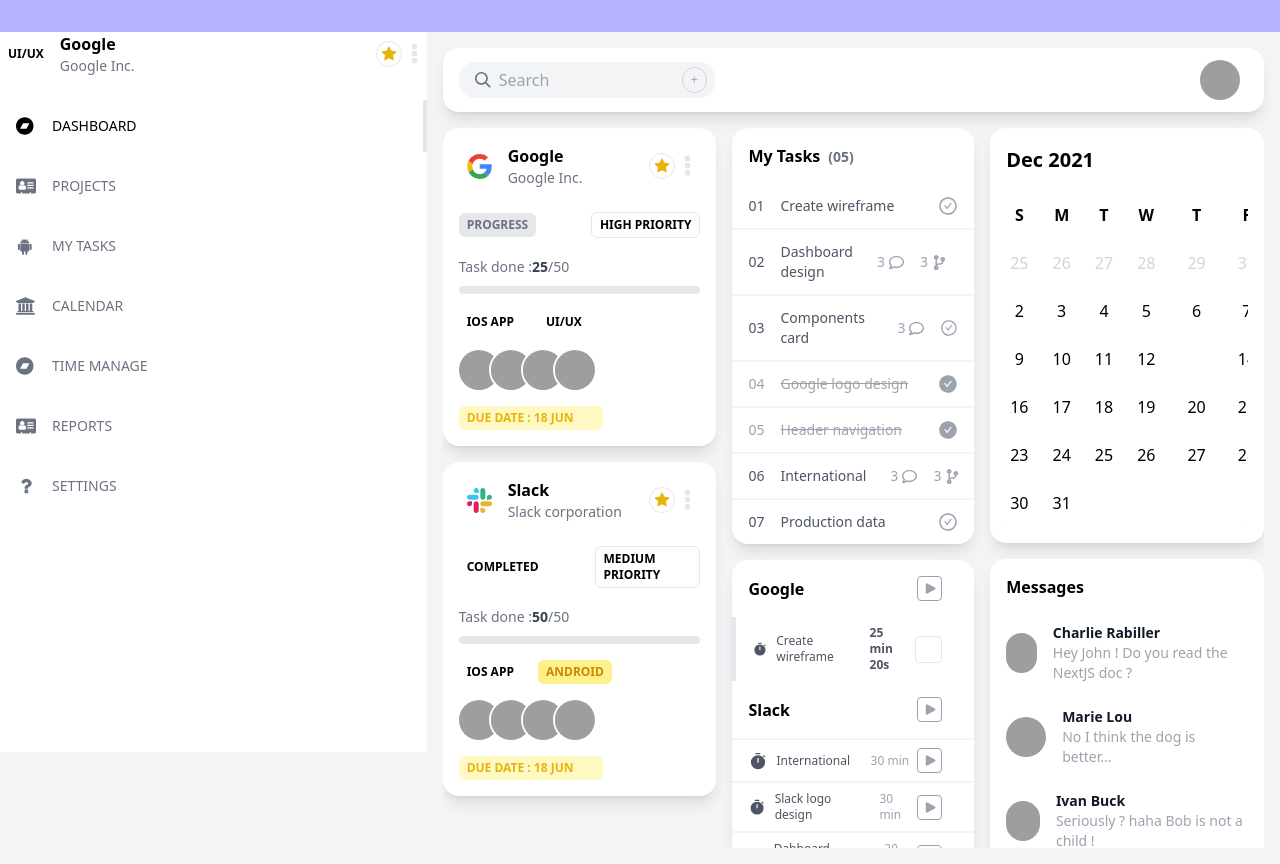
Repository: DragonKnight0522/text-rev
Page: /dashboard
These files come from the project's save history. The page is drawn as it stood at one moment and after the next save; the edit follows.
The browser window is 1280 px wide. The pictures show the whole page.
Pictures or frames that could not be fetched are drawn as grey boxes. An inner scrolling area shows only its first screen. The project was rebuilt for these pictures with package versions that can differ from the ones it lists, and the page was loaded fresh each time. The framework's server and built-in components were replaced by stand-ins that run in the browser. Also part of the build but not shown: next.config.js.

Above is the page before, as saved 2023-08-28 16:14:13.

### app/layout.js
import "./globals.css";
import { Inter } from "next/font/google";

const inter = Inter({ subsets: ["latin"] });

export const metadata = {
    title: "Create Next App",
    description: "Generated by create next app",
};

export default function RootLayout({ children }) {
    return (
        <html lang="en">
            <body className={inter.className}>{children}</body>
        </html>
    );
}

### app/dashboard/layout.js
export const metadata = {
    title: "Dashboard",
    description: "Olivia Evans",
};

export default function RootLayout({ children }) {
    return (
        <html lang="en">
            <body className="bg-purple">{children}</body>
        </html>
    );
}

### app/globals.css
@tailwind base;
@tailwind components;
@tailwind utilities;

:root {
    --foreground-rgb: 0, 0, 0;
    --background-start-rgb: 214, 219, 220;
    --background-end-rgb: 255, 255, 255;
}

@media (prefers-color-scheme: dark) {
    :root {
        --foreground-rgb: 255, 255, 255;
        --background-start-rgb: 0, 0, 0;
        --background-end-rgb: 0, 0, 0;
    }
}

### tailwind.config.js
/** @type {import('tailwindcss').Config} */
const colors = require("tailwindcss/colors");
module.exports = {
    content: [
        "./pages/**/*.{js,ts,jsx,tsx,mdx}",
        "./components/**/*.{js,ts,jsx,tsx,mdx}",
        "./app/**/*.{js,ts,jsx,tsx,mdx}",
    ],
    theme: {
        colors: {
            transparent: "transparent",
            current: "currentColor",
            gray: colors.gray,
            black: colors.black,
            white: colors.white,
            gray: colors.gray,
            emerald: colors.emerald,
            indigo: colors.indigo,
            yellow: colors.yellow,
            purple: "#b6b3fe",
        },
    },
    plugins: [],
};

Loaded but not shown: app/dashboard/page.js (1255 lines, source omitted)

After the next save:
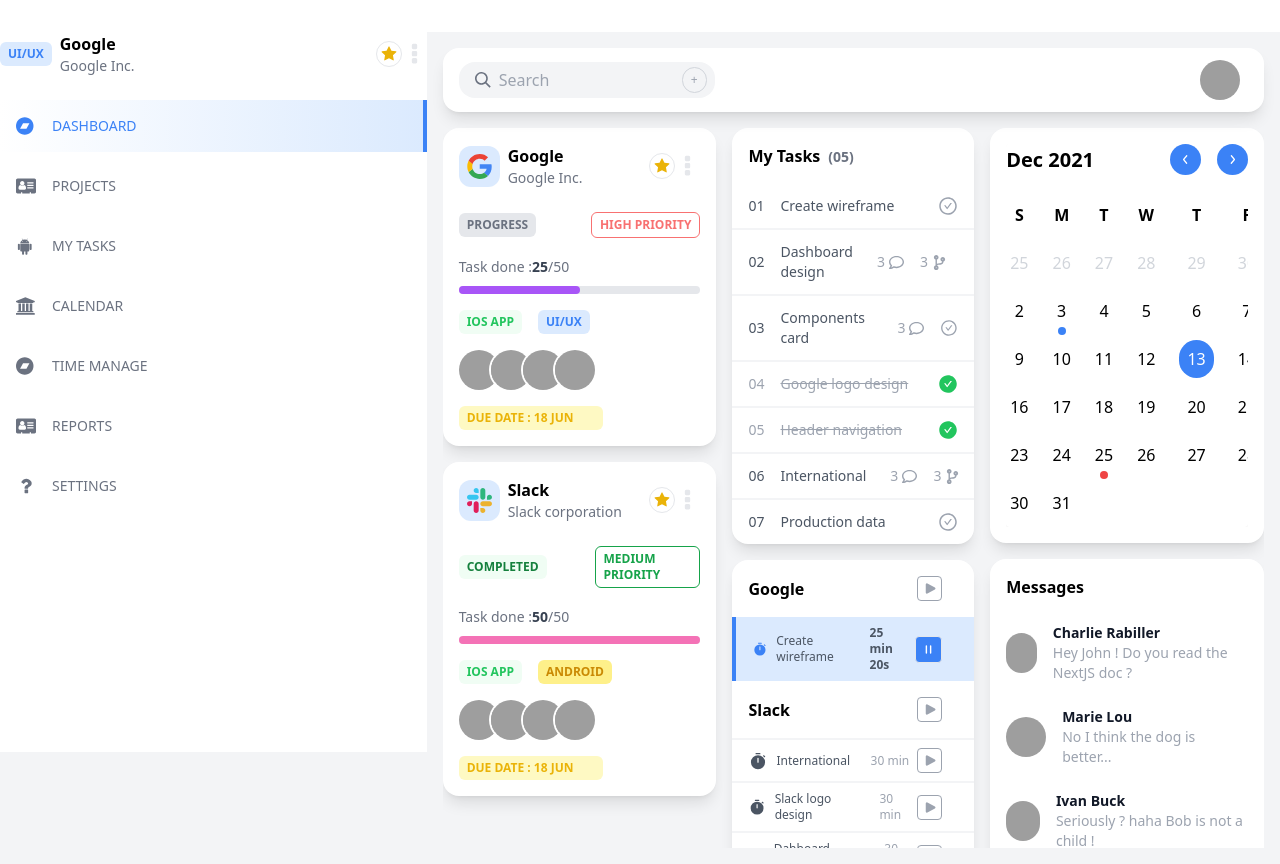
Saved 10 s later.
--- a/tailwind.config.js
+++ b/tailwind.config.js
@@ -7,18 +7,18 @@
         "./app/**/*.{js,ts,jsx,tsx,mdx}",
     ],
     theme: {
-        colors: {
-            transparent: "transparent",
-            current: "currentColor",
-            gray: colors.gray,
-            black: colors.black,
-            white: colors.white,
-            gray: colors.gray,
-            emerald: colors.emerald,
-            indigo: colors.indigo,
-            yellow: colors.yellow,
-            purple: "#b6b3fe",
-        },
+        // colors: {
+        //     transparent: "transparent",
+        //     current: "currentColor",
+        //     gray: colors.gray,
+        //     black: colors.black,
+        //     white: colors.white,
+        //     gray: colors.gray,
+        //     emerald: colors.emerald,
+        //     indigo: colors.indigo,
+        //     yellow: colors.yellow,
+        //     purple: "#b6b3fe",
+        // },
     },
     plugins: [],
 };

After the save that followed:
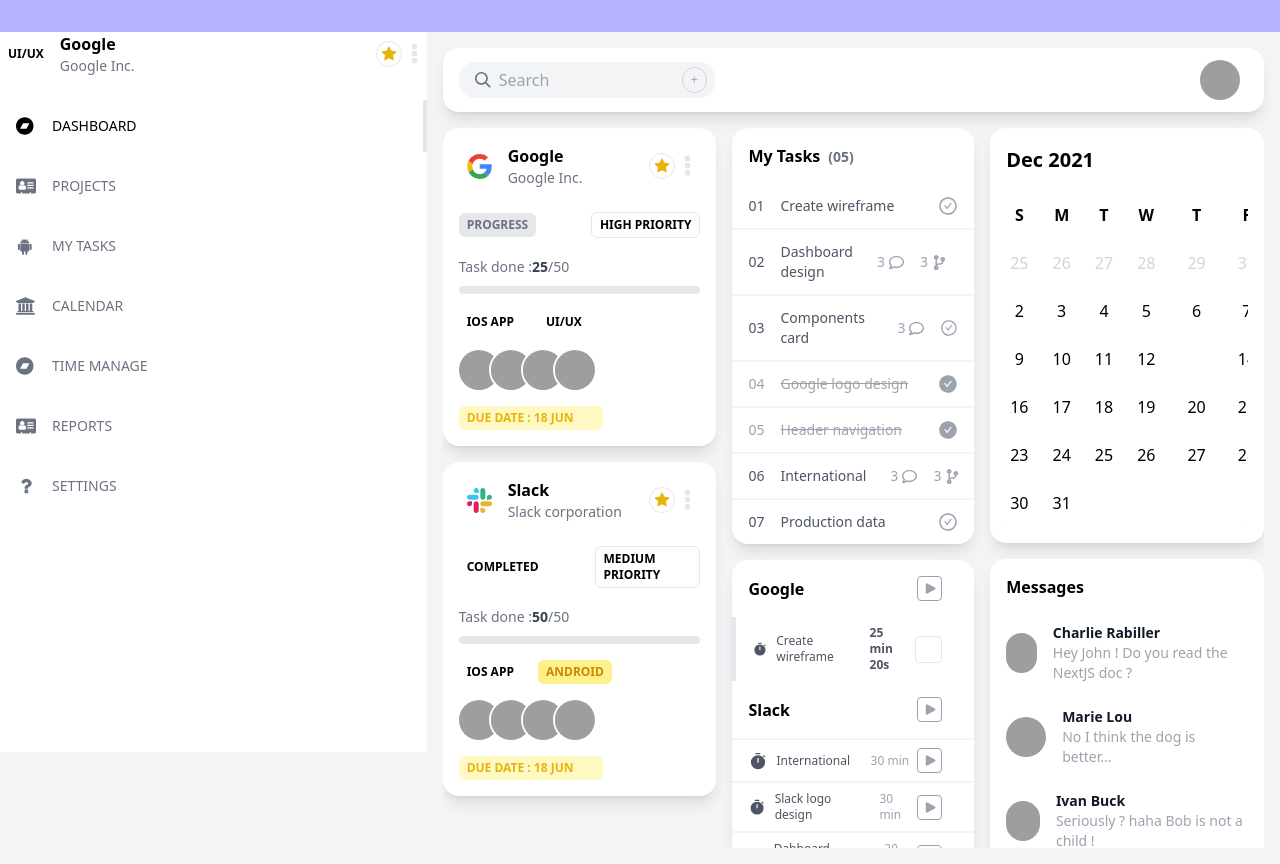
Saved 8 s later.
--- a/tailwind.config.js
+++ b/tailwind.config.js
@@ -7,18 +7,18 @@
         "./app/**/*.{js,ts,jsx,tsx,mdx}",
     ],
     theme: {
-        // colors: {
-        //     transparent: "transparent",
-        //     current: "currentColor",
-        //     gray: colors.gray,
-        //     black: colors.black,
-        //     white: colors.white,
-        //     gray: colors.gray,
-        //     emerald: colors.emerald,
-        //     indigo: colors.indigo,
-        //     yellow: colors.yellow,
-        //     purple: "#b6b3fe",
-        // },
+        colors: {
+            transparent: "transparent",
+            current: "currentColor",
+            gray: colors.gray,
+            black: colors.black,
+            white: colors.white,
+            gray: colors.gray,
+            emerald: colors.emerald,
+            indigo: colors.indigo,
+            yellow: colors.yellow,
+            purple: "#b6b3fe",
+        },
     },
     plugins: [],
 };
